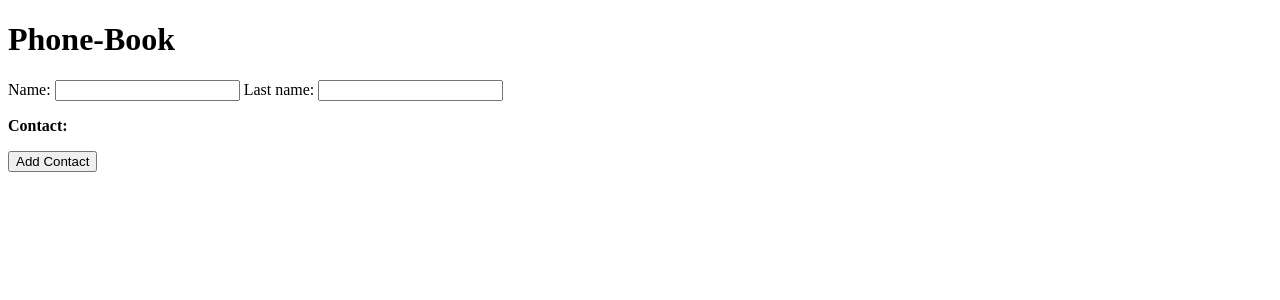
Repository: STA1357/Phone-book
Page: Inner.html
An editor plug-in stored every save of this project. The page is shown before and after the next save, followed by the edit.
The browser window is 1280 px wide. The pictures show the whole page.

Above is the page before, as saved 2020-12-08 09:05:14.

After the next save:
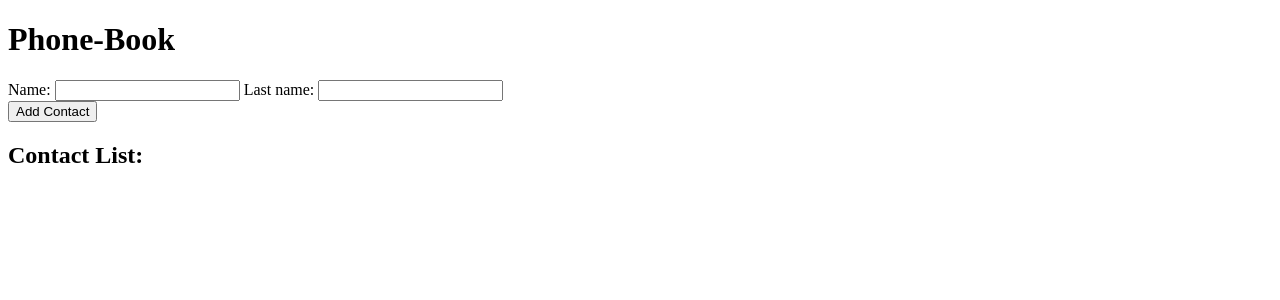
Saved 5 min 22 s later.
--- a/Inner.html
+++ b/Inner.html
@@ -22,17 +22,15 @@
                 <label for="lname">Last name:</label>
                 <input type="text" id="lnameInput">
             </div>
-            <p>
-                <b>Contact:</b>
-                <b id="nameOutput"></b>
 
-                <b id="lnameOutput"></b>
-            </p>
         </main>
 
         <button onclick="addUser()" id="btnAdd">Add Contact</button>
     </form>
 
+    <h2>Contact List:</h2>
+    <ul id="users"></ul>
+
     <script src="./app.js"></script>
 </body>
 </html>
